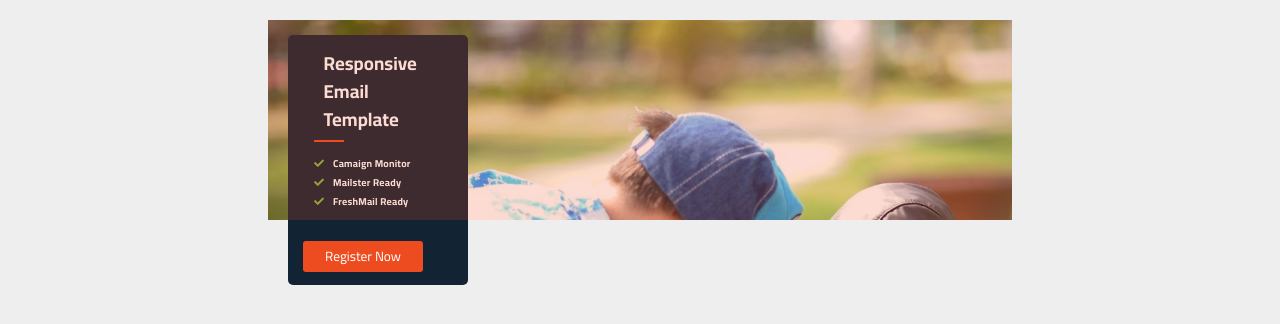
Repository: Z-ayat/Challenges
Page: Challenge 3/index.html
An editor plug-in stored every save of this project. The page is shown before and after the next save, followed by the edit.
The browser window is 1280 px wide. The pictures show the whole page.

Above is the page before, as saved 2021-09-04 01:12:38.

After the next save:
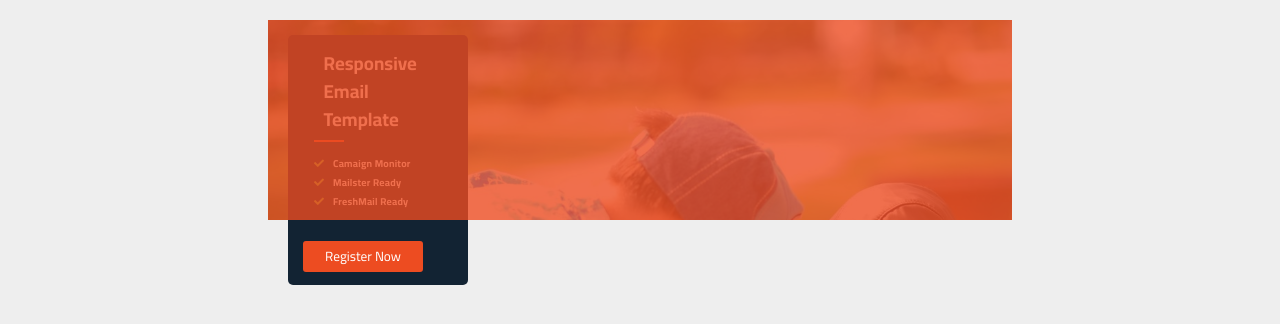
Saved 6 s later.
--- a/Challenge 3/styling/css/master.css
+++ b/Challenge 3/styling/css/master.css
@@ -50,7 +50,7 @@ div {
     z-index: 0;
     background-color: var(--secondrycolor);
     content: "";
-    opacity: 0.2;
+    opacity: 0.8;
 }
 
 .green-right {
